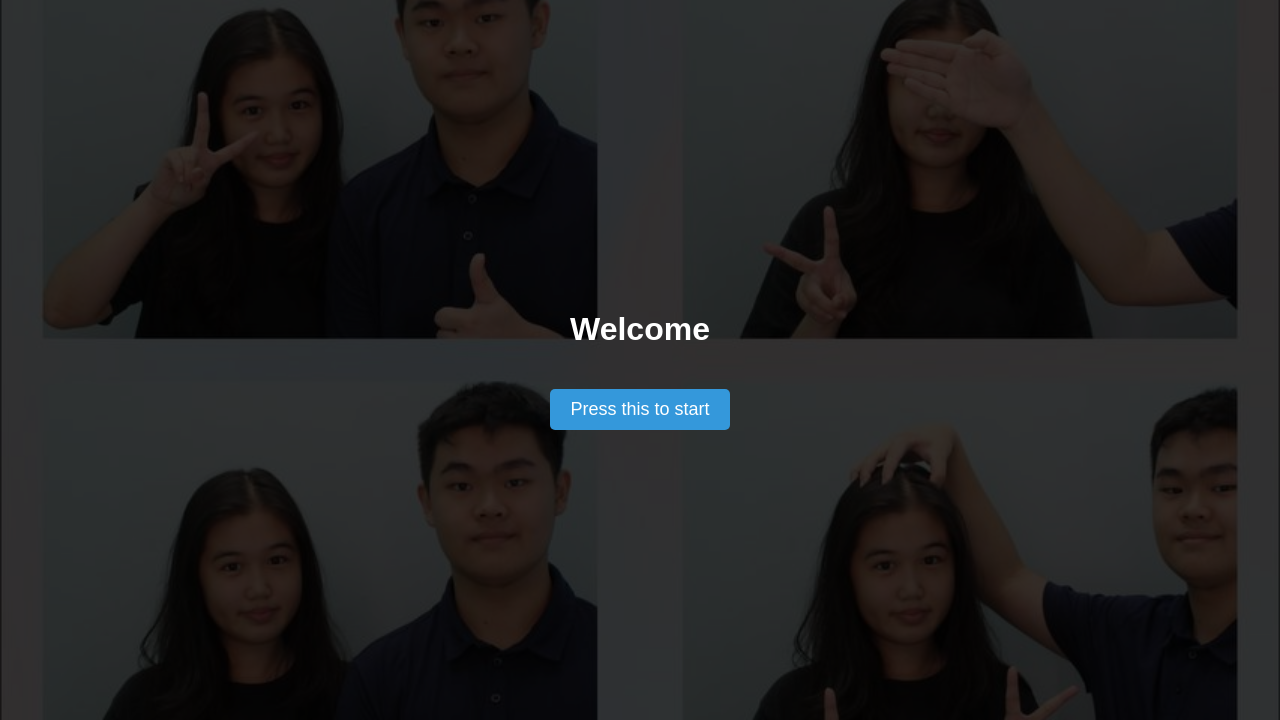
Repository: SnakeXrnt/project-cnf
Page: index.html
These files come from the project's save history. The page is drawn as it stood at one moment and after a run of saves; the edit follows.
The browser window is 1280 px wide. The pictures show the whole page.
Some web fonts or font styles are not loaded; a fallback is used.

Above is the page before, as saved 2024-06-22 15:47:26.

### index.html
<!DOCTYPE html>
<html lang="en">
<head>
    <meta charset="UTF-8">
    <meta name="viewport" content="width=device-width, initial-scale=1.0">
    <title>This is for u !</title>
    <link rel="apple-touch-icon" sizes="180x180" href="/apple-touch-icon.png">
    <link rel="icon" type="image/png" sizes="32x32" href="/favicon-32x32.png">
    <link rel="icon" type="image/png" sizes="16x16" href="/favicon-16x16.png">
    <link rel="manifest" href="/site.webmanifest">
    <link rel="stylesheet" href="style.css">
    <script src="script.js"></script>
</head>
<body>
    <div class="greetings1">
        <h1>Welcome</h1>
        <button class="to-grettings2">Press this to start</button>
    </div>
    <div class="greetings2" style="display: none;">
        <h1>Hi, Mrs Evellyn Jade!</h1>
        <p>days pass and time flies yet in this moment my heart yearns just to spew its desires and now after all these times i just wanna say...</p>
        <div class="loading-container">
            <div class="loading-bar"></div>
        </div>
    </div>

    <div class="filling" style="display: none;">
        <div class="lyric1"></div>
    </div>

    <div class="filling2" style="display: none;">
        <div class="photos">
            <img src="image/1.jpg" alt="Photoooo" class="photo1">
            <img src="image/2.jpg" alt="Photoooo" class="photo2">
            <img src="image/3.jpg" alt="Photoooo" class="photo3">
            <img src="image/4.jpg" alt="Photoooo" class="photo4">
            <img src="image/5.jpg" alt="Photoooo" class="photo5">
            <img src="image/6.jpg" alt="Photoooo" class="photo6">
            <img src="image/7.jpg" alt="Photoooo" class="photo7">
            <img src="image/8.jpg" alt="Photoooo" class="photo8">
            <img src="image/9.jpg" alt="Photoooo" class="photo9">
            <img src="image/10.jpg" alt="Photoooo" class="photo10">
            <img src="image/11.jpg" alt="Photoooo" class="photo11">
        </div>

        <button class="to-filling3">Are you ready?</button>
    </div>

    <audio id="background-music" src="music.mp3"></audio>
</body>
</html>

### style.css

@import url('https://fonts.googleapis.com/css2?family=Playfair+Display:ital,wght@0,400..900;1,400..900&family=Playwrite+NZ:wght@100..400&display=swap');

// <uniquifier>: Use a unique and descriptive class name
// <weight>: Use a value from 100 to 400

.playwrite-nz-<uniquifier> {
  font-family: "Playwrite NZ", cursive;
  font-optical-sizing: auto;
  font-weight: <weight>;
  font-style: normal;
}

// <uniquifier>: Use a unique and descriptive class name
// <weight>: Use a value from 400 to 900

.playfair-display-<uniquifier> {
  font-family: "Playfair Display", serif;
  font-optical-sizing: auto;
  font-weight: <weight>;
  font-style: normal;
}

body {
    display: flex;
    justify-content: center;

    margin: 0;
    padding: 0;
    font-family: Arial, sans-serif;
    position: relative;
    min-height: 100vh;
    background-color: #000; /* Fallback color */
}

body::before {
    content: "";
    position: absolute;
    top: 0;
    left: 0;
    width: 100%;
    height: 100%;
    background: url('background1.jpg') no-repeat center center fixed;
    background-size: cover;
    opacity: 0.2;
    z-index: -1;
}

.spotify {
    display: flex;
    width: 90%;
    height: auto;
    flex-direction: column;
    justify-content: center;
    align-items: center;
    padding-bottom: 20px;
}

.greetings {
    display: flex;
    justify-content: center;
    align-items: center;
    flex-direction: column;
    height: 100%;
}


button.ready {
    margin-top: 20px;
    background-color: rgb(255, 255, 255);
    color: rgb(0, 0, 0);
    border: none;
    border-radius: 50px;
    padding: 15px 30px;
    font-size: 18px;
    cursor: pointer;
    transition: background-color 0.3s ease;
    outline: none;
    padding-top: 20px;
}

button.ready:hover {
    background-color: #ff69b4;
}

button.ready h2 {
    margin: 0;
    padding: 0;
}

.filling {
    display: flex;
    justify-content: center;
    align-items: center;
    flex-direction: column;
}

.lyric1 {
    display: flex;
    justify-content: center;
    align-items: center;
    flex-direction: column;
    font-size: 24px;
    color: #333;
    margin: 10px 0;
}

.lyric1 p {
    margin: 10px;
    text-align: center;
}

.fade-in {
    opacity: 0;
    animation: fadeIn 2s forwards;
}

@keyframes fadeIn {
    to {
        opacity: 1;
    }
}

.greetings p {
    margin: 2px;
    text-align: center;
}

/* style.css */

.greetings1 {
    display: flex;
    flex-direction: column;
    align-items: center;
    justify-content: center;
    height: 100vh;
    text-align: center;
}

.greetings2 {
    display: flex;
    justify-content: center;
    align-items: center;
    flex-direction: column;
    height: 90vh;
    width: 80vw;
}

.to-grettings2 {
    margin-top: 20px;
    padding: 10px 20px;
    font-size: 18px;
    background-color: #3498db;
    color: white;
    border: none;
    border-radius: 5px;
    cursor: pointer;
}



.greetings2 p {
    font-family: "Playfair Display", serif;
}

h1, p {
    color: white;
    text-align: center;
}

.waiting-bar {
    width: 80%;
    height: 5px;
    background-color: #ddd;
    margin: 20px auto;
    overflow: hidden;
    position: relative;
}

.waiting-bar .progress {
    height: 100%;
    background-color: #3498db;
    width: 0;
    position: absolute;
    top: 0;
    left: 0;
    transition: width 20s linear;
}

.loading-container {
    width: 200px;
    height: 10px;
    background-color: #f0f0f000;
    border: 1px solid #ccc;
    position: relative;
}

.loading-bar {
    width: 100%;
    height: 100%;
    background-color: #ffffff;
    position: absolute;
    animation: reduceWidth 20s linear forwards;
}

@keyframes reduceWidth {
    0% {
        width: 100%;
    }
    100% {
        width: 0;
    }
}

/* Hide overflow to prevent horizontal scrollbar */
body {
    overflow-x: hidden;
}

/* Set initial opacity to 0 for all photos */
/* style.css */

/* Other styles... */

.photos img {
    opacity: 0;
    transition: opacity 2s ease;
    width: 70vw;
    height: auto;

}

.photos {
    display: flex;
    justify-content: center;
    flex-direction: column;
    padding-top: 50px;
    padding-bottom: 50px;
}

.filling2 {
    display: flex;
    flex-direction: column;
}

/* Hide overflow to prevent horizontal scrollbar */
body {
    overflow-x: hidden;
}

### script.js
document.addEventListener('DOMContentLoaded', function() {
    const toGreetings2Button = document.querySelector('.to-grettings2');
    const greetings1Div = document.querySelector('.greetings1');
    const greetings2Div = document.querySelector('.greetings2');
    const fillingDiv = document.querySelector('.filling');
    const lyricDiv = document.querySelector('.lyric1');
    const filling2Div = document.querySelector('.filling2');
    const audio = document.getElementById('background-music');
    const progressBar = document.querySelector('.waiting-bar .progress');
    const photos = document.querySelectorAll('.photos img');

    const lyrics = [
        "Heart beats fast",
        "Colors and promises",
        "How to be brave?",
        "How can I love",
        "When I'm afraid to fall?",
        "But watching you stand alone",
        "All of my doubt",
        "Suddenly goes away somehow",
        "One Step Closer"
    ];

    let currentLyricIndex = 0;

    function showNextLyric() {
        if (currentLyricIndex < lyrics.length) {
            const lyricLine = document.createElement('p');
            lyricLine.textContent = lyrics[currentLyricIndex];
            lyricLine.classList.add('fade-in');
            lyricDiv.appendChild(lyricLine);
            currentLyricIndex++;
            setTimeout(showNextLyric, 4000); // Adjust the delay as needed
        }
    }

    function showNextPhoto(index) {
        if (index < photos.length) {
            photos[index].style.opacity = '1';
            setTimeout(function() {
                showNextPhoto(index + 1);
            }, 2000); // Delay for each photo appearance
        }
    }

    function autoScrollFilling2() {
        const scrollStep = 1; // Adjust the scroll step as needed
        const scrollInterval = 20; // Adjust the interval as needed

        function scroll() {
            if (filling2Div.scrollTop < filling2Div.scrollHeight - filling2Div.clientHeight) {
                filling2Div.scrollTop += scrollStep;
                setTimeout(scroll, scrollInterval);
            }
        }
        scroll();
    }

    toGreetings2Button.addEventListener('click', function() {
        greetings1Div.style.display = 'none';
        greetings2Div.style.display = 'flex';
        audio.play();

        // Start the loading bar animation
        if (progressBar) {
            progressBar.style.width = '100%';
        }

        setTimeout(function() {
            console.log('Switching to filling div...');
            if (greetings2Div) {
                greetings2Div.style.display = 'none';
            }
            if (fillingDiv) {
                fillingDiv.style.display = 'flex';
            }
            showNextLyric();

            setTimeout(function() {
                console.log('Switching to filling2 div...');
                if (fillingDiv) {
                    fillingDiv.style.display = 'none';
                }
                if (filling2Div) {
                    filling2Div.style.display = 'flex';
                }
                showNextPhoto(0);
                autoScrollFilling2();
            }, 40000); // Transition to filling2 after 35 seconds
        }, 20000); // Transition to filling after 20 seconds
    });
});

After the next 3 saves:
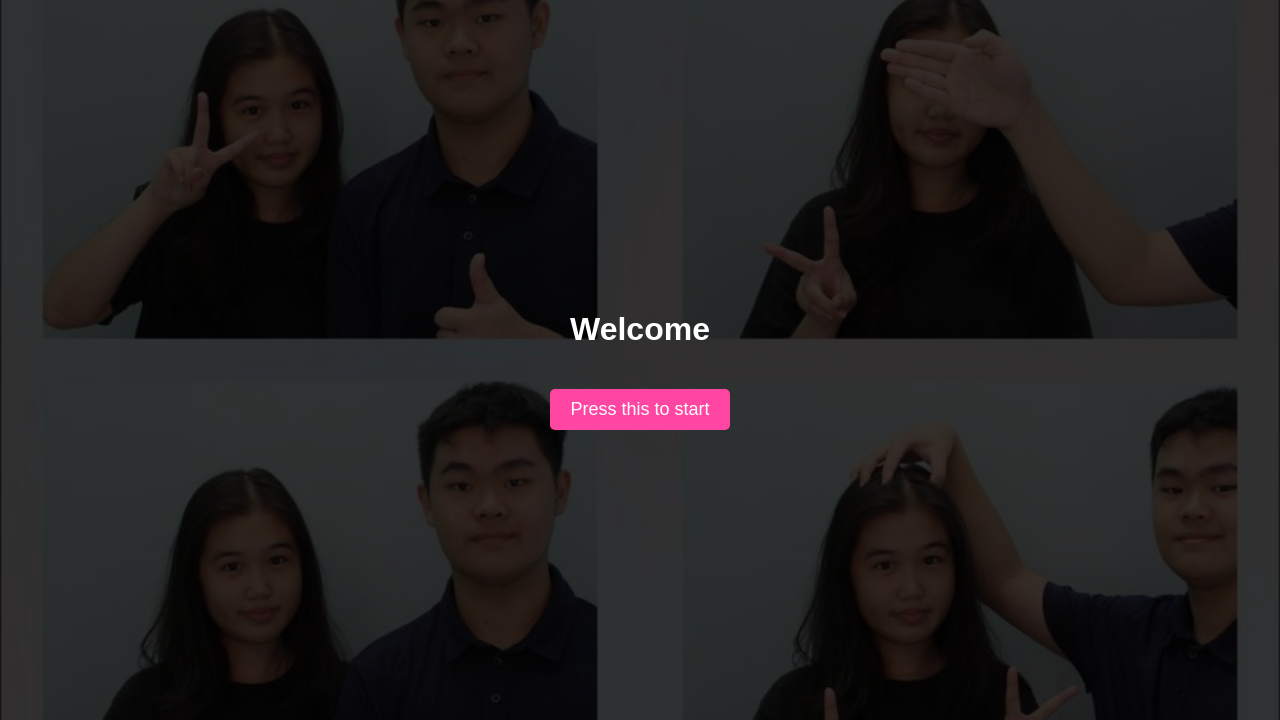
The 3 saves are shown as one change because they came seconds apart.
The last was saved 48 s later.
--- a/style.css
+++ b/style.css
@@ -150,7 +150,7 @@ button.ready h2 {
     margin-top: 20px;
     padding: 10px 20px;
     font-size: 18px;
-    background-color: #3498db;
+    background-color: #ff46a2;
     color: white;
     border: none;
     border-radius: 5px;
